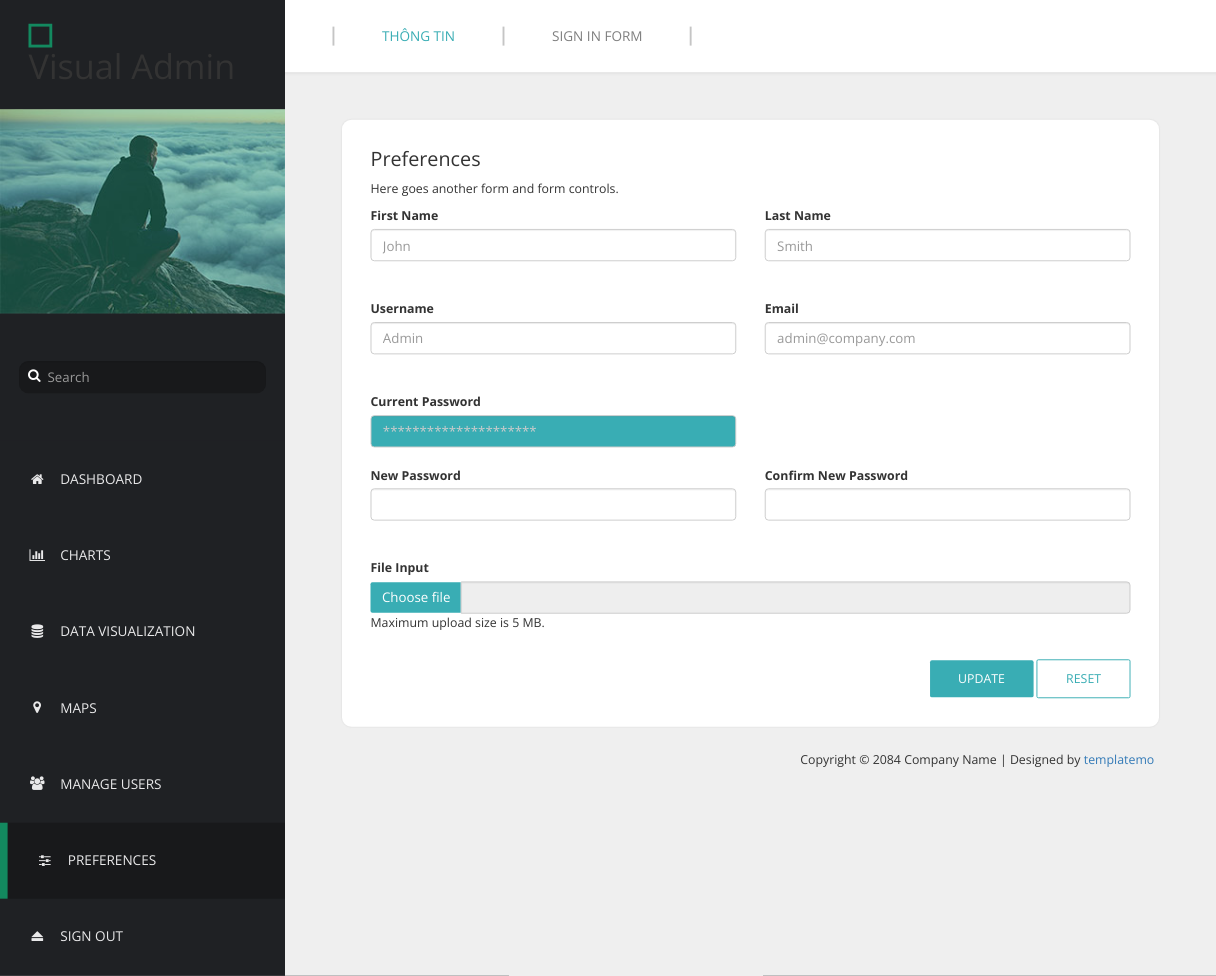
Repository: nhatkhanh022400/Layout
Page: Page-Admin/Cập Nhật Thông Tin.html
These files come from the project's save history. The page is drawn as it stood at one moment and after the next save; the edit follows.
The browser window is 1280 px wide. The pictures show the whole page, at 95% of full size.

Above is the page before, as saved 2022-03-27 11:54:51.

After the next save:
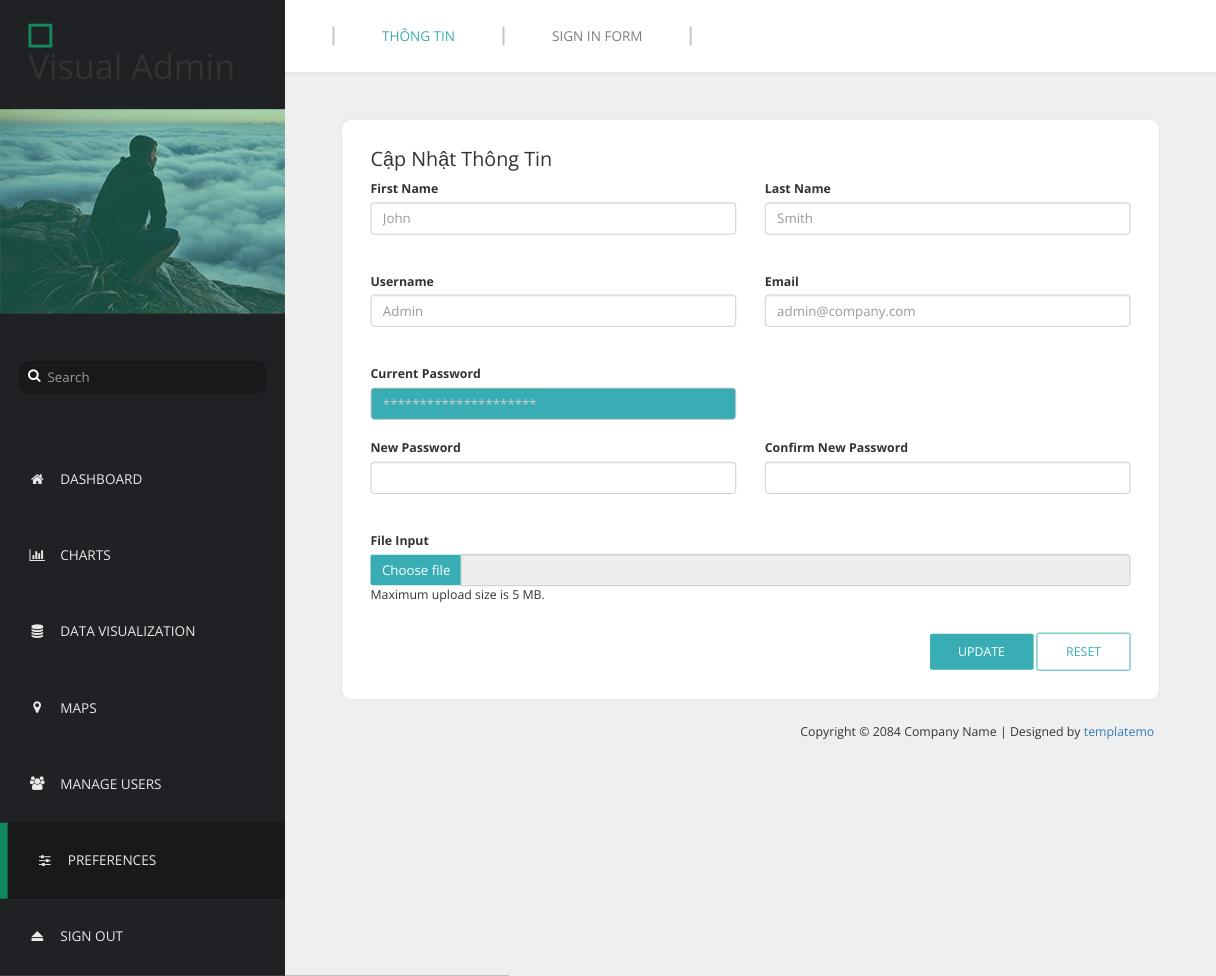
Saved 42 s later.
--- a/Page-Admin/Cập Nhật Thông Tin.html
+++ b/Page-Admin/Cập Nhật Thông Tin.html
@@ -73,8 +73,8 @@
         </div>
         <div class="templatemo-content-container">
           <div class="templatemo-content-widget white-bg">
-            <h2 class="margin-bottom-10">Preferences</h2>
-            <p>Here goes another form and form controls.</p>
+            <h2 class="margin-bottom-10">Cập Nhật Thông Tin</h2>
+
             <form action="index.html" class="templatemo-login-form" method="post" enctype="multipart/form-data">
               <div class="row form-group">
                 <div class="col-lg-6 col-md-6 form-group">
